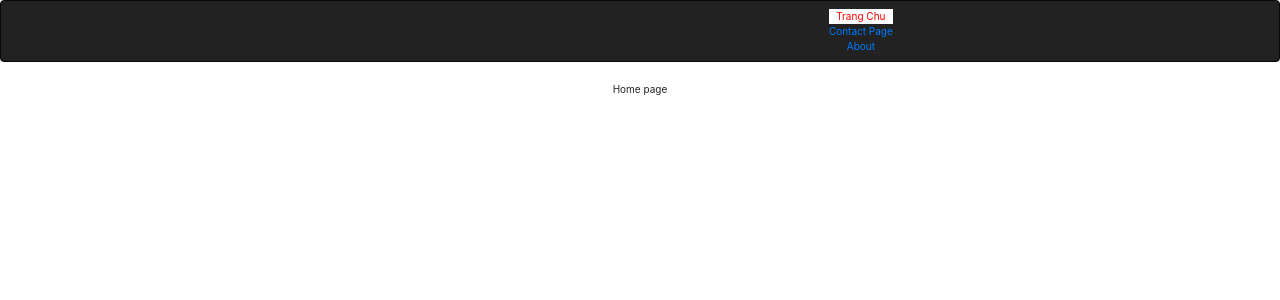
Repository: hntvip/react-route
Page: /
The author's editor kept a copy of each file at every save. The page is drawn from the files as they stood at one save, then again after the next save.
The browser window is 1280 px wide. The pictures show the whole page.
The project was rebuilt for these pictures with package versions that can differ from the ones it lists, and the page was loaded fresh each time. Also part of the build but not shown: src/components/About.js, src/components/Contact.js.

Above is the page before, as saved 2019-11-27 16:53:43.

After the next save:
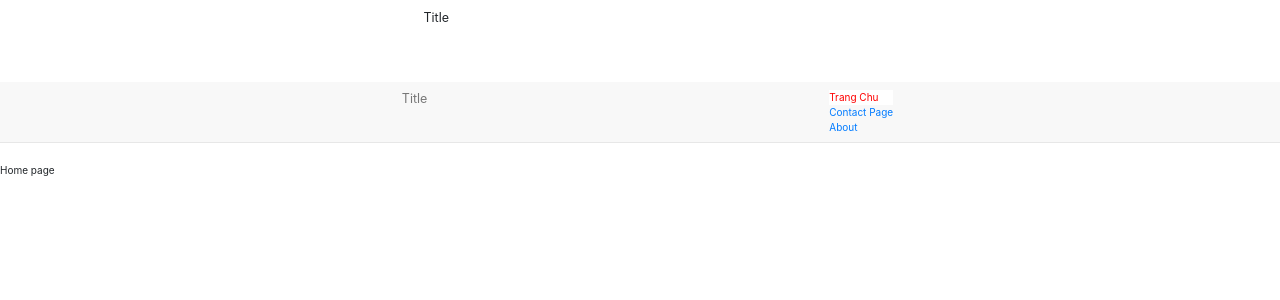
Saved 4 min 18 s later.
--- a/src/App.js
+++ b/src/App.js
@@ -4,14 +4,24 @@ import { BrowserRouter as Router, Route, NavLink} from 'react-router-dom';
 import About from './components/About';
 import Home from './components/Home';
 import Contact from './components/Contact';
+
 function App() {
   return (
     <Router>
       <div className="App">
-        <nav className="navbar navbar-inverse">
+        <nav className="navbar navbar-">
           <a className="navbar-brand">Title</a>
           <ul className="nav navbar-nav">
-              <NavLink
+
+          </ul>
+        </nav>
+
+      </div>
+
+      <nav class="navbar navbar-default navbar-fixed-top" role="navigation">
+        <a class="navbar-brand" href="#">Title</a>
+        <ul class="nav navbar-nav">
+        <NavLink
                 exact
                 to="/"
                 activeStyle={{
@@ -41,13 +51,13 @@ function App() {
                 }}
                 activeClassName="active"> About
               </NavLink>
-          </ul>
-        </nav>
-        {/* Noi Dung */}
-        <Route path="/" exact component={Home}></Route>
+        </ul>
+      </nav>
+      {/* Noi Dung */}
+      <Route path="/" exact component={Home}></Route>
         <Route path="/contact" component={Contact}></Route>
         <Route path="/about" component={About}></Route>
-      </div>
+
     </Router>
   );
 }
